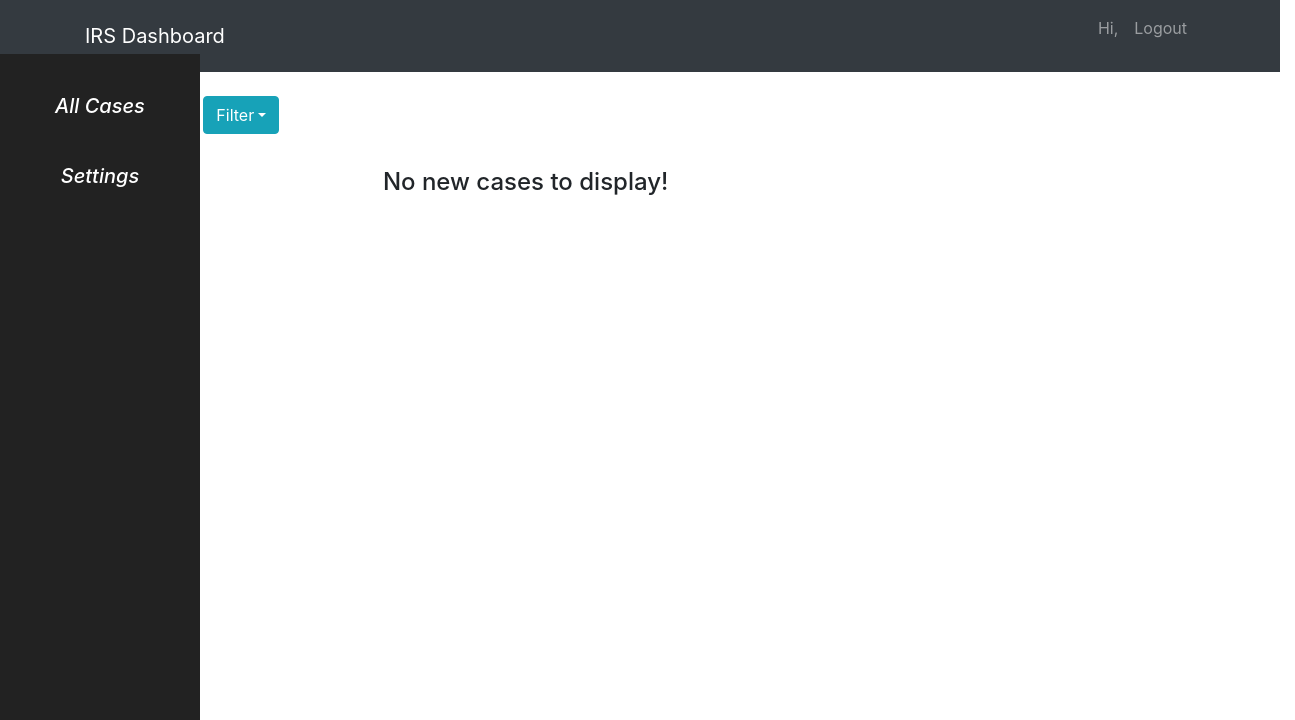
Repository: greeshmavyas/IRS_CS
Page: /AgentDashboard (app in AgentManagement/Frontend/)
The author's editor kept a copy of each file at every save. The page is drawn from the files as they stood at one save, then again after the next save.
The browser window is 1280 px wide. The page is 1295 px wide, so the pictures cover 1295 px, including what lies to the right of the window. The pictures show the whole page.
The page's requests for data from a server got no answer. Some web libraries are served in a nearby version. The project was rebuilt for these pictures with package versions that can differ from the ones it lists, and the page was loaded fresh each time. No one was signed in, and anything a server would have sent is missing. Also part of the build but not shown: AgentManagement/Frontend/src/components/NavbarLogin.js, AgentManagement/Frontend/src/components/login.js, AgentManagement/Frontend/src/components/Settings.js, AgentManagement/frontend/src/App.css.

Above is the page before, as saved 2020-10-27 01:42:58.

### AgentManagement/frontend/public/index.html
<!DOCTYPE html>
<html lang="en">
  <head>
    <meta charset="utf-8" />
    <link rel="icon" href="%PUBLIC_URL%/favicon.ico" />
    <meta name="viewport" content="width=device-width, initial-scale=1" />
    <meta name="theme-color" content="#000000" />
    <meta
      name="description"
      content="Web site created using create-react-app"
    />
    <link rel="apple-touch-icon" href="%PUBLIC_URL%/logo192.png" />
    <!--
      manifest.json provides metadata used when your web app is installed on a
      user's mobile device or desktop. See https://developers.google.com/web/fundamentals/web-app-manifest/
    -->
    <link rel="manifest" href="%PUBLIC_URL%/manifest.json" />
    <link rel="stylesheet" href="https://stackpath.bootstrapcdn.com/bootstrap/4.4.1/css/bootstrap.min.css"
      integrity="sha384-Vkoo8x4CGsO3+Hhxv8T/Q5PaXtkKtu6ug5TOeNV6gBiFeWPGFN9MuhOf23Q9Ifjh" crossorigin="anonymous">
    <script src="https://kit.fontawesome.com/db1fc867ad.js" crossorigin="anonymous"></script>
    <!--
      Notice the use of %PUBLIC_URL% in the tags above.
      It will be replaced with the URL of the `public` folder during the build.
      Only files inside the `public` folder can be referenced from the HTML.

      Unlike "/favicon.ico" or "favicon.ico", "%PUBLIC_URL%/favicon.ico" will
      work correctly both with client-side routing and a non-root public URL.
      Learn how to configure a non-root public URL by running `npm run build`.
    -->
    <title>React App</title>
  </head>
  <body>
    <noscript>You need to enable JavaScript to run this app.</noscript>
    <div id="root"></div>
    <script src="https://code.jquery.com/jquery-3.4.1.slim.min.js"
      integrity="sha384-J6qa4849blE2+poT4WnyKhv5vZF5SrPo0iEjwBvKU7imGFAV0wwj1yYfoRSJoZ+n" crossorigin="anonymous"></script>
    <script src="https://cdn.jsdelivr.net/npm/popper.js@1.16.0/dist/umd/popper.min.js"
      integrity="sha384-Q6E9RHvbIyZFJoft+2mJbHaEWldlvI9IOYy5n3zV9zzTtmI3UksdQRVvoxMfooAo" crossorigin="anonymous"></script>
    <script src="https://stackpath.bootstrapcdn.com/bootstrap/4.4.1/js/bootstrap.min.js"
      integrity="sha384-wfSDF2E50Y2D1uUdj0O3uMBJnjuUD4Ih7YwaYd1iqfktj0Uod8GCExl3Og8ifwB6" crossorigin="anonymous"></script>
    <!--
      This HTML file is a template.
      If you open it directly in the browser, you will see an empty page.

      You can add webfonts, meta tags, or analytics to this file.
      The build step will place the bundled scripts into the <body> tag.

      To begin the development, run `npm start` or `yarn start`.
      To create a production bundle, use `npm run build` or `yarn build`.
    -->
  </body>
</html>

### AgentManagement/Frontend/src/App.js
import React from 'react';
import { BrowserRouter } from 'react-router-dom';
import Main from "./Main"
import './App.css';

function App() {
  return (
    <div>
      <BrowserRouter>
        <Main />
      </BrowserRouter>
    </div>
  );
}

export default App;

### AgentManagement/Frontend/src/Main.js
import React, { Component } from 'react';
import { Route } from 'react-router-dom';
import login from './components/login';
import Dashboard from './components/Dashboard';
import Settings from './components/Settings';

 class Main extends Component {
    render() {
        return (
          <div>
            <Route exact path="/" component={login} />
            <Route exact path="/AgentDashboard" component={Dashboard} />
            <Route exact path="/settings" component={Settings} />
          </div>
        );
    }
}

export default Main;

### AgentManagement/Frontend/src/components/Dashboard.js
import React, { Component } from 'react';
import axios from "axios";
import NavbarDash from "./NavbarDash";
import { Modal, ModalHeader, ModalBody, ModalFooter } from "reactstrap";
import Sidebar from './Sidebar'
import config from '../config/settings'
import Card from 'react-bootstrap/Card'
import Dropdown from 'react-bootstrap/Dropdown'


class Dashboard extends Component {
  constructor() {
    super();
    this.state = {
      allCases: {},
      viewcase: null,
      modal: false,
      mstatus: "open",
      flag: false
    };

  }

  showModal = () => {
    console.log("hello");
    this.setState({
      modal: !this.state.modal,
    });
  };
  showModal1 = (viewcase) => {
    console.log("hello1");
    this.setState({
      modal: !this.state.modal,
      viewcase: viewcase,
    });
  };

  handleStatusChange = (modalstatus) => {
    this.setState({
      mstatus: modalstatus
    })
  }

  async componentDidMount() {
    console.log("in get all cases frontend")

    let agentID = localStorage.getItem("agentID");
    let organisationID = localStorage.getItem("organisationID")

    axios.defaults.withCredentials = true;
    let data = {
      agentID: agentID,
      organisationID: organisationID
    };
    console.log("data is..")
    console.log(data);

    axios({
      method: 'get',
      url: 'http://' + config.hostname + ':' + config.backendPort + '/getCases',
      params: data,
    })
      .then((response) => {
        console.log("response from getCases")
        console.log(response)

        if (response.status === 200) {
          let receivedCases = response.data.cases;
          console.log("received cases")
          console.log(response.data.cases)
          if (receivedCases) {
            this.setState({ allCases: receivedCases, flag: true });
          } else {
            this.setState({ allCases: {} });
          }
        }
        else {
          this.setState({ allCases: {} });
        }

      })
      .catch(error => {
        console.log(error);
        this.setState({ allCases: {} })
      })
  }

  render() {
    const closeBtn = (
      <button className="close" onClick={() => this.showModal()}>
        &times;
       </button>
    );
    var casedetails;
    if (this.state.flag) {
      casedetails = this.state.allCases.map((ticket) => {
        return (
          <div>
            <div onClick={() => this.showModal1(ticket)} >
              <Card>
                <Card.Body>
                  <table>
                    <tbody >
                      <tr >
                        <td style={{ width: '10rem' }}> ID: {ticket.CaseID}</td>
                        <td style={{ width: '15rem' }}>Status: {ticket.Status}</td>
                        <td style={{ width: '50rem' }}>{ticket.Information} </td>
                      </tr>
                    </tbody>
                  </table>
                </Card.Body>
              </Card>
            </div>
          </div>
        );
      });
    }
    return (
      <div>
        <NavbarDash />
        <div className="row">
          <div className="col-2">
            <Sidebar /></div>
          <Dropdown>
            <Dropdown.Toggle variant="info" id="dropdown-basic">
              Filter
            </Dropdown.Toggle>

            <Dropdown.Menu>
              <Dropdown.Item href="#/action-1">Action</Dropdown.Item>
              <Dropdown.Item href="#/action-2">Another action</Dropdown.Item>
              <Dropdown.Item href="#/action-3">Something else</Dropdown.Item>
            </Dropdown.Menu>
          </Dropdown>
          <div className="container col-9">
            {this.state.allCases.length > 0 ? (
              <div className="col-10">
                {casedetails}
                {this.state.viewcase != null ? (
                  <Modal
                    isOpen={this.state.modal}
                    toggle={() => this.showModal()}
                    className="modal-popup-lg"
                    scrollable
                  >
                    <ModalHeader
                      toggle={() => this.showModal()}
                      close={closeBtn}
                    >
                      Case Details
                   </ModalHeader>
                    <ModalBody className="modal-body">
                      <div className=" row form-group">
                        <p className="font-weight col-7">
                          Information : {this.state.viewcase.Information}
                        </p>



                        <div className="col-3">
                          <button class="btn btn-success dropdown-toggle" type="button" id="dropdownMenuButton" data-toggle="dropdown" aria-haspopup="true" aria-expanded="false">
                            {this.state.mstatus}</button>
                          <div class="dropdown-menu" aria-labelledby="dropdownMenuButton">
                            <button onClick={() => this.handleStatusChange("Working")} class="dropdown-item" >Working</button>
                            <button onClick={() => this.handleStatusChange("Resolved")} class="dropdown-item" >Resolved</button>
                            <button onClick={() => this.handleStatusChange("Postponed")} class="dropdown-item" >Postponed</button>
                          </div>
                        </div>
                      </div>
                      <div className="form-group">
                        <p className="font-weight-bold">
                          Resolution Comments : {this.state.viewcase.ResolutionComments}
                        </p>

                      </div>

                    </ModalBody>
                    <ModalFooter>
                    </ModalFooter>
                  </Modal>
                ) : null}
              </div>
            ) : (
                <div>
                  <h4 style={{ margin: "3em" }}>No new cases to display!</h4>
                </div>
              )}
          </div>

        </div>
      </div>
    );
  }
}

export default Dashboard;

### AgentManagement/Frontend/src/config/settings.js
module.exports = {
    "hostname": "localhost",
    "backendPort": 3001,
    'frontendHostName': 'localhost',
    'frontendPort': 3000,
};

### AgentManagement/Frontend/src/components/NavbarDash.js
import React, { Component } from 'react';

class NavbarDash extends Component {

  handleLogout = () => {
    window.localStorage.clear();
  };

  render() {
    return (
      <nav className="navbar navbar-expand-sm navbar-dark bg-dark mb-4">
        <div className="container">
          <a className="navbar-brand" href="/AgentDashboard">
            IRS Dashboard
          </a>
          <button
            className="navbar-toggler"
            type="button"
            data-toggle="collapse"
            data-target="#mobile-nav"
          >
            <span className="navbar-toggler-icon"></span>
          </button>

          <div className="collapse navbar-collapse" id="mobile-nav">

            <ul className="navbar-nav ml-auto">
              <li className="nav-item">
                <p className="nav-link" >
                  Hi, {localStorage.getItem("firstname")}
                </p>
              </li>
              <li className="nav-item">
                <a className="nav-link" href="/" onClick={this.handleLogout}>
                  Logout
                </a>
              </li>
            </ul>
          </div>
        </div>
      </nav>
    );
  }
}

export default NavbarDash;

### AgentManagement/Frontend/src/components/Sidebar.js
import React from 'react';
import styled from 'styled-components';
import { BrowserRouter as Router, Route, Link, withRouter } from "react-router-dom";

const StyledSideNav = styled.div`
    position: fixed;     /* Fixed Sidebar (stay in place on scroll and position relative to viewport) */
    height: 100%;
    width: 200px;     /* Set the width of the sidebar */
    z-index: 1;      /* Stay on top of everything */
    top: 3.4em;      /* Stay at the top */
    background-color: #222; /* Black */
    overflow-x: hidden;     /* Disable horizontal scroll */
    padding-top: 40px;
    font-style: oblique;
`;

class SideNav extends React.Component {
    constructor(props) {
        super(props);
        this.state = {
            activePath: props.location.pathname,
            items: [
                {
                  path: '/dashboard', /* path is used as id to check which NavItem is active basically */
                  name: 'All Cases',
                  key: 1 /* Key is required, else console throws error. Does this please you Mr. Browser?! */
                },
                {
                    path: '/Settings',
                    name: 'Settings',
                    key: 2
                  },
              ]
        }
    }

    onItemClick = (path) => {
        this.setState({ activePath: path });
    }

    render() {
        const { items, activePath } = this.state;
        return(
            <StyledSideNav>
                {
                    items.map((item) => {
                        return (
                            <NavItem
                                path={item.path}
                                name={item.name}
                                onItemClick={this.onItemClick}
                                active={item.path === activePath}
                                key={item.key}
                            />
                        );
                    })
                }
            </StyledSideNav>
        );
    }
}

const RouterSideNav = withRouter(SideNav);

const StyledNavItem = styled.div`
    height: 70px;
    width: 200px; /* width must be same size as NavBar to center */
    text-align: center; /* Aligns <a> inside of NavIcon div */
    margin-bottom: 0;   /* Puts space between NavItems */
    a {
        font-size: 2.7em;
        color: ${(props) => props.active ? "white" : "#FFFFFF"};
        :hover {
            opacity: 0.7;
            text-decoration: none; /* Gets rid of underlining of icons */
        }
    }
`;

class NavItem extends React.Component {
    handleClick = () => {
        const { path, onItemClick } = this.props;
        onItemClick(path);
    }

    render() {
        const { active } = this.props;
        return(

            <StyledNavItem active={active}>

                <Link to={this.props.path}   className={this.props.name} onClick={this.handleClick}>

                    <NavIcon> <h5 color = "#FFFFFF" >{this.props.name}</h5></NavIcon>
                </Link>
            </StyledNavItem>
        );
    }
}

const NavIcon = styled.div`
`;

export default class Sidebar extends React.Component {
    render() {
        return (
            <RouterSideNav></RouterSideNav>
        );
    }
}

Loaded but not shown: AgentManagement/Frontend/src/index.js (common file); AgentManagement/frontend/src/index.css (common file); AgentManagement/frontend/src/serviceWorker.js (common file)

After the next save:
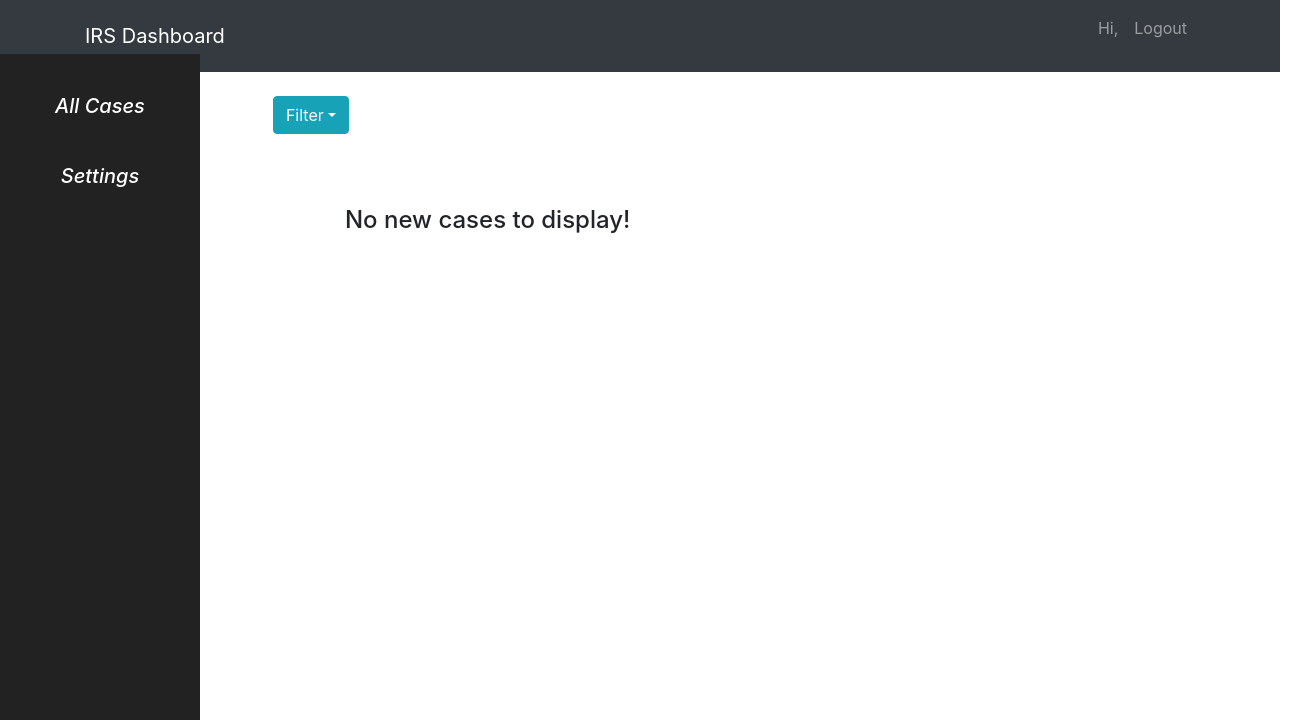
Saved 34 s later.
--- a/AgentManagement/Frontend/src/components/Dashboard.js
+++ b/AgentManagement/Frontend/src/components/Dashboard.js
@@ -121,6 +121,8 @@ class Dashboard extends Component {
         <div className="row">
           <div className="col-2">
             <Sidebar /></div>
+
+          <div className="container col-9">
           <Dropdown>
             <Dropdown.Toggle variant="info" id="dropdown-basic">
               Filter
@@ -132,7 +134,10 @@ class Dashboard extends Component {
               <Dropdown.Item href="#/action-3">Something else</Dropdown.Item>
             </Dropdown.Menu>
           </Dropdown>
-          <div className="container col-9">
+
+
+
+
             {this.state.allCases.length > 0 ? (
               <div className="col-10">
                 {casedetails}
